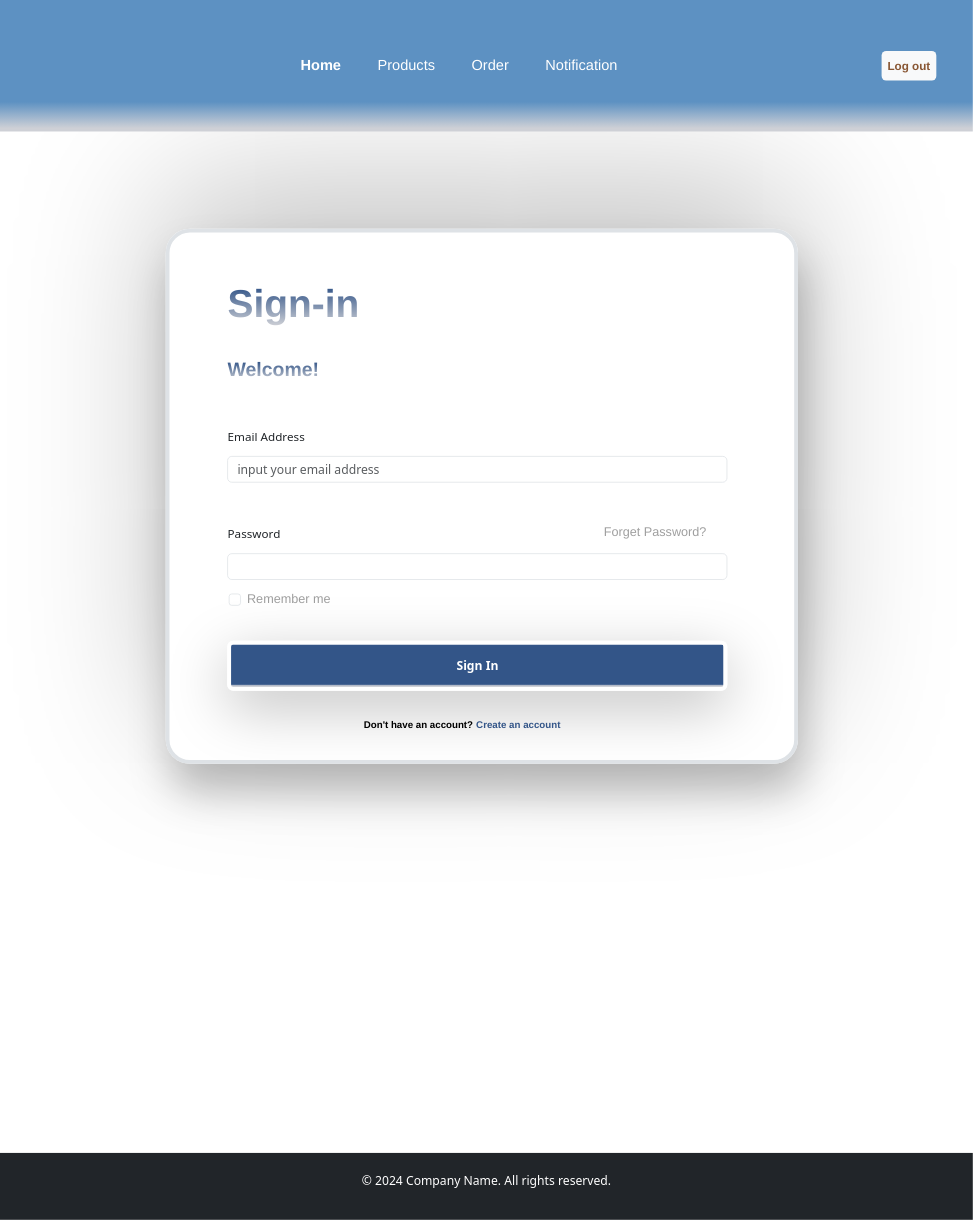
Repository: OVictor21/inventory
Page: /
The author's editor kept a copy of each file at every save. The page is drawn from the files as they stood at one save, then again after the next save.
The browser window is 1280 px wide. The pictures show the whole page, at 76% of full size.
The project was rebuilt for these pictures with package versions that can differ from the ones it lists, and the page was loaded fresh each time.

Above is the page before, as saved 2024-12-14 09:57:15.

### src/index.css

nav {
  background-color: transparent;
  background: linear-gradient(180deg, rgb(93, 145, 194) 77.5%, rgb(206, 208, 214) 97.5%);

}

.navbar-brand img {
  max-width: 10vw;
  min-width: 5vw;
}

.nav-link.nav-text-current {
  font-family: "Montserrat", Helvetica;
  font-weight: 700;
  color: #ffffff;
  font-size: 1.5vw;
}

.nav-link.nav-text {
  font-family: "Montserrat", Helvetica;
  font-weight: 400;
  color: #ffffff;
  font-size: 1.5vw;
}

.nav-link.nav-text-2 {
  font-family: "Montserrat", Helvetica;
  font-weight: 600;
  color: rgb(136, 86, 51);
  font-size: 1.2vw;
}

.background {
  background-color: #000021;
}

/* .background-image {
  background-image: url('/public/back.png');
  background-size: cover;
  background-repeat: no-repeat;
  background-position: center;
  min-height: 100vh;
  color: white;
} */

.sign-in{
  width: 65vw;
  height: 55vw;
  box-shadow: 7px 37px 55px #00000040, 0px -54px 200px #00000040;
  left: 17vw;
  top: 10vw;
  overflow: hidden;
}


.text{
  top: 5vw;
  left: 6vw;
  background: linear-gradient(180deg, rgb(51, 85, 136) 13.5%, rgb(206, 208, 214) 100%);
  -webkit-background-clip: text !important;
  background-clip: text;
  -webkit-text-fill-color: transparent;
  text-fill-color: transparent;
  font-family: "Montserrat-Bold", Helvetica;
  font-weight: 700;
  color: transparent;
  font-size: 4vw;
  letter-spacing: 0;
  line-height: normal;
}



.text-wrapper-8 {
  background: linear-gradient(180deg, rgb(51, 85, 136) 13.5%, rgb(206, 208, 214) 100%);
  -webkit-background-clip: text !important;
  background-clip: text;
  -webkit-text-fill-color: transparent;
  text-fill-color: transparent;
  font-family: "Montserrat-Bold", Helvetica;
  font-weight: 600;
  color: transparent;
  font-size: 2vw;
  letter-spacing: 0;
  line-height: normal;
  top: 13vw;
  left: 6vw;
}

.email-text{
  font-size: 1.2vw;
}

.email{
  top: 20vw;
  left: 6vw;
}

.email-in{
  top: 23vw;
  left: 6vw;
  width: 80%;
  max-width: 80%;
  height: 5%;
}

.pass{
  top: 30vw;
  left: 6vw;
}

.pass-in{
  top: 33vw;
  left: 6vw;
  width: 80%;
  max-width: 80%;
  height: 5%;

}

.text-wrapper-7{
  font-family: "Montserrat-Regular", Helvetica;
  font-weight: 400;
  color: #00000061;
  font-size: 1.3vw;
  letter-spacing: 0;
  line-height: normal;
  top: 30vw;
  text-decoration: none;
  right: 9vw;
}

.form-check-label{
  font-family: "Montserrat-Regular", Helvetica;
  font-weight: 400;
  color: #00000061;
  font-size: 1.3vw;
  letter-spacing: 0;
  line-height: normal;
  top: 37vw;
  left: 8vw;
}

.form-check-input{
  top: 36.8vw;
  left: 8vw;

}

.sign-btn{
  background: linear-gradient(180deg, rgb(51, 85, 136) 93.5%, rgb(206, 208, 214) 97%);
  font-family: "Montserrat-Bold", Helvetica;
  font-weight: 700;
  font-size: 4vw;
  letter-spacing: 0;
  line-height: normal;
  width: 80%;
  top: 42vw;
  left: 6vw;
  box-shadow: 0px 22px 75px #00000040;
}

.acct{
  font-family: "Montserrat-Regular", Helvetica;
  font-weight: 700;
  color: #000000;
  font-size: 1vw;
  letter-spacing: 0;
  line-height: normal;
  top: 50vw;
  left: 20vw;
}

.acct-1{
  font-family: "Montserrat-Bold", Helvetica;
  font-weight: 700;
  color: rgb(51, 85, 136);
  font-size: 1vw;
  text-decoration: none;
  letter-spacing: 0;
  line-height: normal;
  top: 50vw;
  right: 24vw;
}



.pass-text{
font-size: 1.2vw;
}

.footer-body{
  background-color: rgb(51, 85, 136);

  top: 50vw;


}

.copyright-text {
  top: 50vw;
  right: 24vw;
  font-family: "Montserrat", Helvetica;
  font-weight: 400;
  color: rgb(136, 86, 51);
  font-size: 2vw;
}

### src/App.js
import Navbar from './navbar';
import 'bootstrap/dist/css/bootstrap.min.css';
import Body from './body';


function App() {
  return (
    <div className="App">
      <Navbar />
      <Body />
    </div>
  );
}

export default App;

### src/navbar.js

const Navbar = () => {
    return (
        <nav className="navbar navbar-expand-md justify-content-center p-5 z-1">
        <button className="navbar-toggler ms-auto" type="button" data-bs-toggle="collapse" data-bs-target="#collapseNavbar">
            <span className="navbar-toggler-icon"></span>
        </button>

        <div className="navbar-collapse collapse" id="collapseNavbar">
            <ul className="navbar-nav justify-content-center w-100 ">
            <li className="nav-item m-3">
                <a className="nav-link nav-text-current" href="/home">Home</a>
            </li>
            <li className="nav-item m-3">
                <a className="nav-link nav-text" href="/products">Products</a>
            </li>
            <li className="nav-item m-3">
                <a className="nav-link nav-text" href="/order">Order</a>
            </li>
            <li className="nav-item m-3">
                <a className="nav-link nav-text" href="/notifications">Notification</a>
            </li>
            </ul>

            <ul className="navbar-nav ms-auto justify-content-end">
            <li className="nav-item bg-light rounded">
                <button className="nav-link nav-text-2 text-nowrap btn btn-link">Log out</button>

            </li>
            </ul>
        </div>
        </nav>



      );
}

export default Navbar;

### src/body.js
import React from 'react';

const Body = () => {
  return (
    <div className="login">

         <form >
        <div class="sign-in position-relative border border-5 rounded-5">
        <div class="mb-3">
            <p class="text position-absolute">Sign-in</p>
            <div class="text-wrapper-8 position-absolute">Welcome!</div>

          <label for="exampleInputEmail1" class="form-label email position-absolute"><span class="email-text"> Email Address</span></label>
          <input type="email" class="form-control email-in position-absolute" id="exampleInputEmail1" aria-describedby="emailHelp" placeholder="input your email address"/>
        </div>
        <div class="mb-3">
          <label for="exampleInputPassword1" class="form-label pass position-absolute"><span class="pass-text">Password</span> </label>
          <input type="password" class="form-control pass-in position-absolute" id="exampleInputPassword1"/>
          <a href="/forgotpassword" class="text-wrapper-7 position-absolute">Forget Password?</a>
        </div>

        <div class="mb-3 form-check">
            <input type="checkbox" class="form-check-input position-absolute" id="exampleCheck1"/>
            <label class="form-check-label position-absolute" for="exampleCheck1">Remember me</label>
          </div>
        <button type="submit" class="btn sign-btn position-absolute border-white border-5 rounded-3 p-3 text-white fw-bold">Sign In</button>
        <p  class="acct position-absolute">Don't have an account?</p> <a href="/createacct" class="acct-1 position-absolute">Create an account</a>


        </div>


    </form>

    <footer className="footer-body bg-dark text-white py-4 position-relative">
      <div className="container">
          <div className="text-center">
            <p>&copy; 2024 Company Name. All rights reserved.</p>
        </div>
      </div>
    </footer>

    </div>
  );
};

export default Body;

Loaded but not shown: public/index.html (common file); src/index.js (common file); src/reportWebVitals.js (common file)

After the next save:
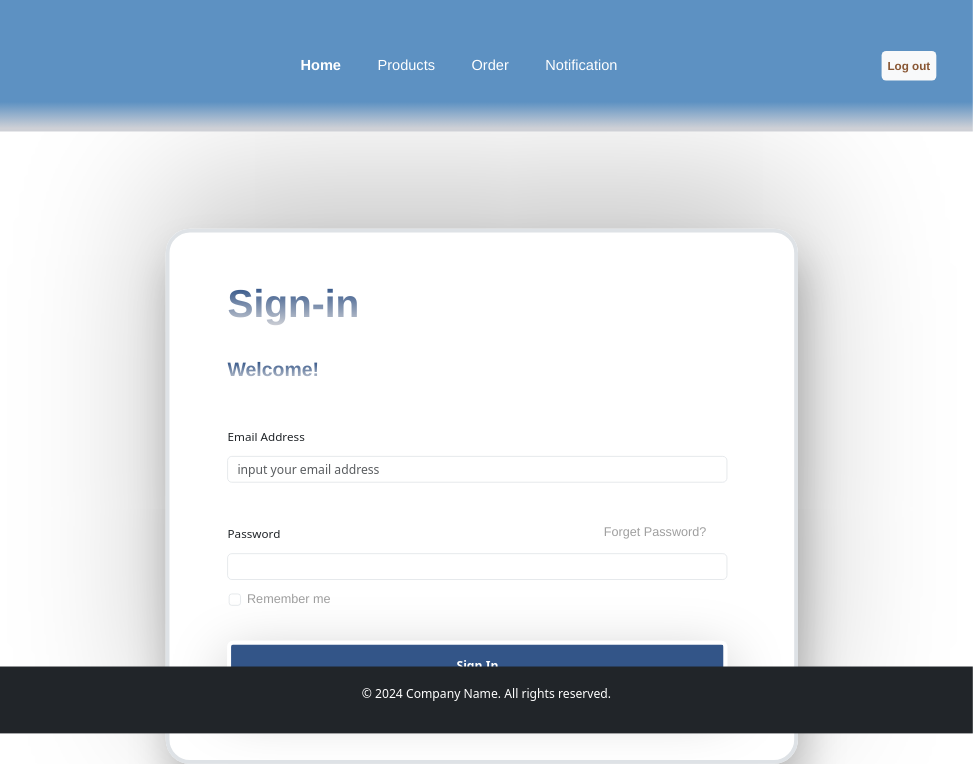
Saved 5 s later.
--- a/src/index.css
+++ b/src/index.css
@@ -193,7 +193,7 @@ font-size: 1.2vw;
 .footer-body{
   background-color: rgb(51, 85, 136);
 
-  top: 50vw;
+  top: 0vw;
 
 
 }
